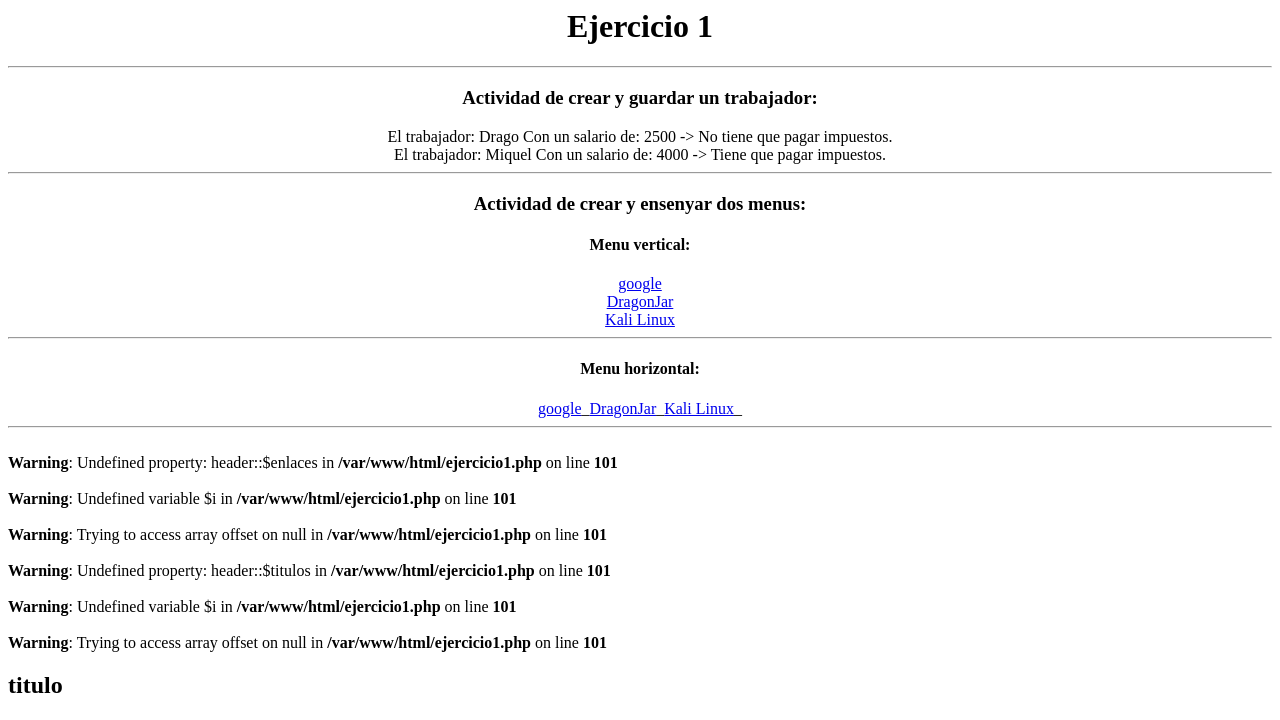
Repository: IlDragoDoro/atomClass
Page: http://localhost/ejercicio1.php
These files come from the project's save history. The page is drawn as it stood at one moment and after the next save; the edit follows.
The browser window is 1280 px wide. The pictures show the whole page.
The page is run by PHP 8.4 with error messages shown; the project is at /var/www/html/.

Above is the page before, as saved 2020-12-03 11:24:12.

### DWS/POO/ejercicio1.php
 <?php
echo "<center>";
// Creo la clase trabajador
class Trabajador
{

    // Creo los atributos:
    public $nombre = array();
    public $salario = array();

    public function guardar($nombre,$salario)
    {
        $this->nombre[] = $nombre;
        $this->salario[] = $salario;
    }

    public function mostrar()
    {
        for($i = 0; $i < count($this->nombre);$i++){
            $this->formato($this->nombre[$i], $this->salario[$i]);
        }

    }

    public function formato($nombre, $salario)
    {

        if ($salario < 3500) {
            echo "El trabajador: " . $nombre . " Con un salario de: " . $salario . " -> No tiene que pagar impuestos.<br>";
        } else {
            echo "El trabajador: " . $nombre . " Con un salario de: " . $salario . " -> Tiene que pagar impuestos.<br>";
        }
    }
}
echo "<h1>Ejercicio 1</h1>";
echo "<hr>";
echo "<h3>Actividad de crear y guardar un trabajador:</h3>";
$trabajador = new Trabajador(); // Creamos un trabajador
$trabajador->guardar("Drago", 2500);
$trabajador->guardar("Miquel", 4000);
$trabajador->mostrar();
echo "<hr>";

//-------------------------------------------------------------------------------------------------------------------------------
//Creo una clase navegar:
class navegar{
    private $enlaces=array();
    private $titulos=array();
//Creo la funcion para guardar las opciones
    public function guardar($enlace,$titulo){
        $this->enlaces[]=$enlace;
        $this->titulos[]=$titulo;
    }
//Creo la funcion para mostrar el men� horizontal
    public function horizontal(){
        for($i=0;$i<count($this->enlaces);$i++){
           echo '<a href="'.$this->enlaces[$i].'">'.$this->titulos[$i].'</a>' ;
           echo "_";
        }
    }
//Creo la funcion para mostrar el men� vertical
    public function vertical(){
        for($i=0;$i<count($this->enlaces);$i++){
            echo '<a href="'.$this->enlaces[$i].'">'.$this->titulos[$i].'</a>' ;
            echo "<br>";
        }
    }
}

//Creo el objeto menu
$navegar1=new Navegar();
//Guardo los atributos del objeto
$navegar1->guardar("www.google.es","google");
$navegar1->guardar("www.dragonjar.org","DragonJar");
$navegar1->guardar("www.kali.ork","Kali Linux");

//Muestro los dos menus:
echo "<h3>Actividad de crear y ensenyar dos menus:</h3> ";
echo "<h4>Menu vertical:</h4>";
$navegar1->vertical();
echo "<hr>";
echo "<h4>Menu horizontal:</h4>";
$navegar1->horizontal();
echo "<hr>";
echo "</center>";

class header{
    public $titulo = "";
    public $posicion = "";
    public $fondo = "";
    public $fuente = "";

    public function guardar($titulo,$posicion,$fondo,$fuente){
        $this->titulo=$titulo;
        $this->posicion=$posicion;
        $this->fondo=$fondo;
        $this->fuente=$fuente;
    }
    //Creo la función para mostrar el header
    public function mostrar(){
        echo '<a href="'.$this->enlaces[$i].'">'.$this->titulos[$i].'</a>' ;
        echo '<h2>'.$this->titulo.'</h2>';
    }
}

$header=new Header();
$header->guardar("titulo","center","blue","arial");
$header->mostrar();

?>

After the next save:
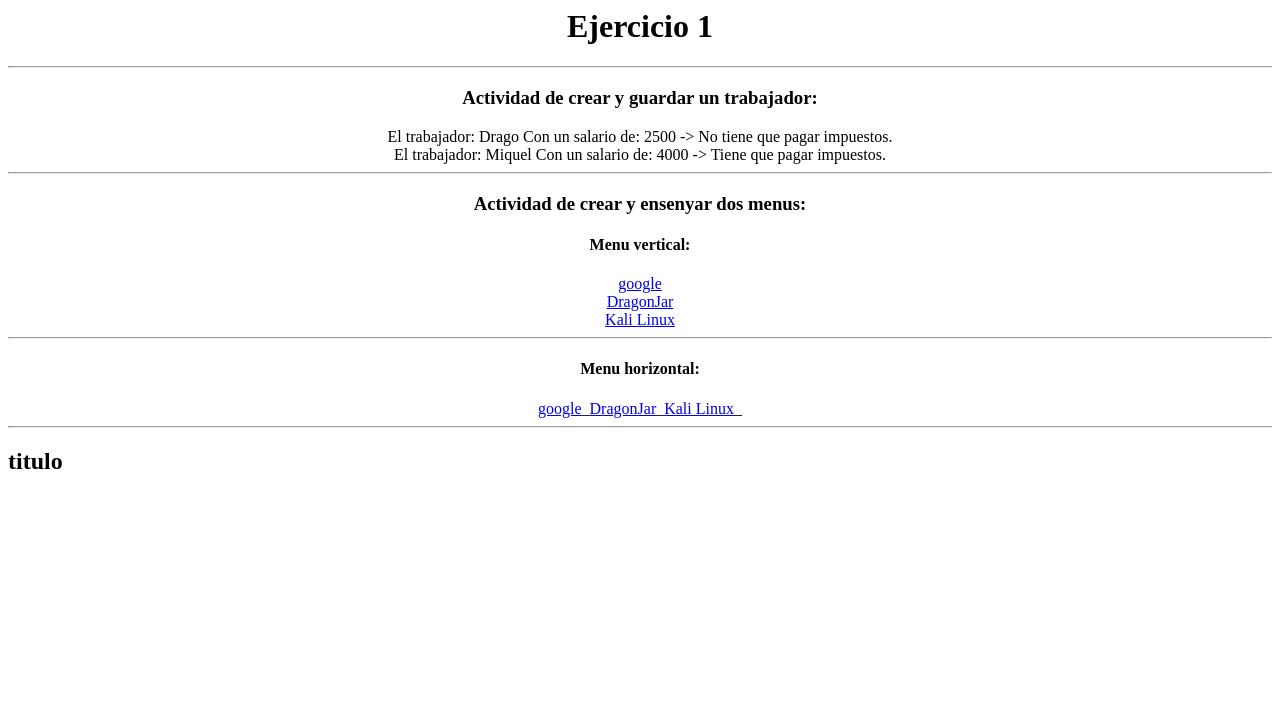
Saved 29 s later.
--- a/DWS/POO/ejercicio1.php
+++ b/DWS/POO/ejercicio1.php
@@ -98,7 +98,6 @@ class header{
     }
     //Creo la función para mostrar el header
     public function mostrar(){
-        echo '<a href="'.$this->enlaces[$i].'">'.$this->titulos[$i].'</a>' ;
         echo '<h2>'.$this->titulo.'</h2>';
     }
 }
